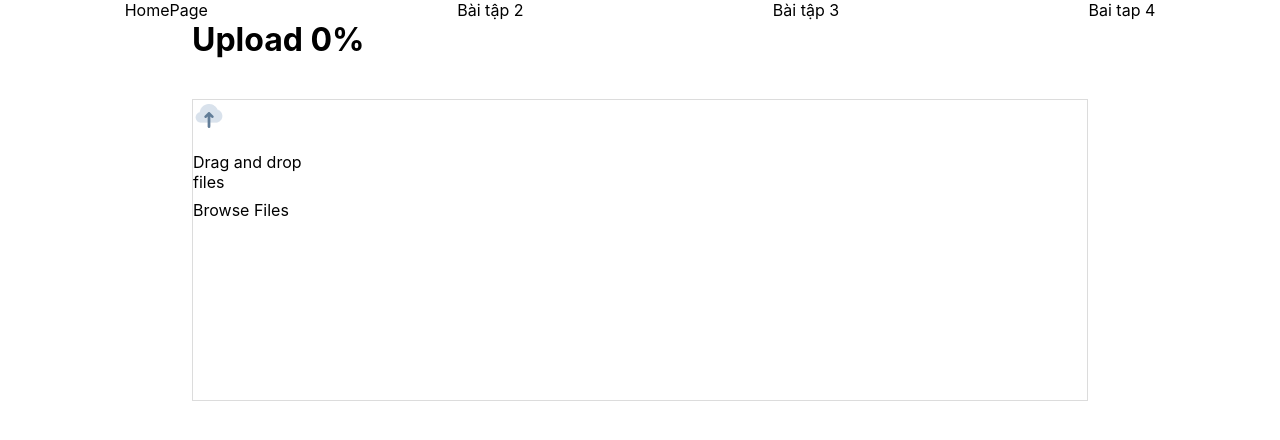
Repository: tungdau93/Training-ReactJS
Page: /bai-tap-3
These files come from the project's save history. The page is drawn as it stood at one moment and after a run of saves; the edit follows.
The browser window is 1280 px wide. The pictures show the whole page.
The project was rebuilt for these pictures with package versions that can differ from the ones it lists, and the page was loaded fresh each time. Also part of the build but not shown: src/App.css, src/hooks/useClickOutside.js, src/Assignments/BaiTap2.jsx, src/Assignments/HomePage.jsx.

Above is the page before, as saved 2022-10-03 10:44:27.

### src/App.js
import { BrowserRouter, Route, Routes } from "react-router-dom";
import "./App.css";
import BaiTap2 from "./Assignments/BaiTap2";
import BaiTap3 from "./Assignments/BaiTap3";
import HomePage from "./Assignments/HomePage";
import Menu from "./Assignments/Menu";

function App() {
  return (
    <BrowserRouter>
      <Menu />
      <Routes>
        <Route path="/" element={<HomePage />} />
        <Route path="/bai-tap-2" element={<BaiTap2 />} />
        <Route path="/bai-tap-3" element={<BaiTap3 />} />
      </Routes>
    </BrowserRouter>
  );
}

export default App;

### src/Assignments/BaiTap3.jsx
import { ref, uploadBytesResumable } from "@firebase/storage";
import React, { useRef, useState } from "react";
import { storage } from "../firebase";
import "../style/_bai-tap-3.scss";

const BaiTap3 = () => {
  const listUploadedRef = useRef();
  const fileUploadedRef = useRef();

  const [files, setFiles] = useState([]);
  const [progress, setProgress] = useState(0);
  const [isSizeValid, setIsSizeValid] = useState(true);
  const [isActive, setIsActive] = useState(true);
  const [isValidNumberOfFiles, setValidNumberOfFiles] = useState(false);

  const RemoveAddFile = [];

  const handleSlide = () => {
    const listUploadedOffsetWidth = listUploadedRef.current?.offsetWidth;
    const listUploadedClientWidth = listUploadedRef.current?.clientWidth;
    const fileUploadedWidth = fileUploadedRef.current?.offsetWidth;
    const removeSpace = listUploadedOffsetWidth - listUploadedClientWidth;
    console.log(removeSpace);

    if (listUploadedRef.current && fileUploadedRef.current) {
      listUploadedRef.current.scrollTo({
        left: fileUploadedWidth,
        behavior: "smooth",
      });
    }
  };
  const handleAddFiles = (event) => {
    setValidNumberOfFiles(false);
    const file = event.target.files[0];

    event.preventDefault();
    const fileArray = event.target.files;
    for (var j = 0; j < fileArray.length; j++) {
      if (fileArray[j].size > 10485760) {
        setIsSizeValid(false);
        setIsActive(false);
        return;
      }
    }
    setIsActive(true);
    setIsSizeValid(true);

    const newFiles = [...files];
    for (let k = 0; k < fileArray.length; k++) {
      newFiles.push(fileArray[k]);
    }
    setFiles(newFiles);
  };

  const uploadFiles = (file) => {
    if (!file) return;
    const storageRef = ref(storage, `/files/${file.name}`);
    const uploadTask = uploadBytesResumable(storageRef, file);
    uploadTask.on(
      "state_changed",
      (snapshot) => {
        const prog = Math.round(
          (snapshot.bytesTransferred / snapshot.totalBytes) * 100
        );
        setProgress(prog);
      },
      (err) => console.log(err)
    );
  };

  const handleUpload = (event) => {
    event.preventDefault();

    const newFilesUpload = [...files];
    if (files.length > 0 && files.length <= 4) {
      for (let i = 0; i < newFilesUpload.length; i++) {
        uploadFiles(newFilesUpload[i]);
        console.log(newFilesUpload[i]);
        setFiles(RemoveAddFile);
      }
    } else {
      setValidNumberOfFiles(true);
      setFiles(RemoveAddFile);
      setIsActive(false);
    }
  };

  const handleClose = (index) => {
    const fileSelected = files.filter((file) => file.index === index);
    // console.log(newFiles);
    const newFiles = [...files];
    newFiles.pop(fileSelected);
    setFiles([...newFiles]);
  };

  return (
    <div className="drag-drop-files-container">
      <h1>Upload {progress}%</h1>
      {/* <img
        onClick={handleSlide}
        src={require("../assets/images/submit-icon.png")}
        alt=""
        className="slide-icon"
      /> */}

      <div className="drag-drop-files">
        <div className="drag-drop-label">
          <img
            alt=""
            src={require("../assets/images/upload-icon.png")}
            width={32}
            height={32}
          />
          <span>Drag and drop files</span>
          <span>Browse Files</span>
        </div>

        <input
          id="name"
          type="file"
          className="input-files"
          onChange={handleAddFiles}
          multiple
        />
        {/* <form onSubmit={(event) => handleUpload(event)}>
          <label htmlFor="name" className="drag-and-drop-img">
            <img alt="" src={require("../assets/images/upload-icon.png")} />
          </label>
          <label htmlFor="name" className="drag-and-drop-heading">
            Drag and drop files
          </label>
          <label htmlFor="name" className="drag-and-drop-heading--sub-heading">
            Browse Files
          </label>
          <input
            id="name"
            type="file"
            className="input"
            onChange={handleAddFiles}
            multiple
          />
          <button type="submit" className="submit">
            Upload
          </button>
        </form> */}
      </div>

      {/* {isSizeValid ? (
        <div ref={listUploadedRef} className="show-data--hidden">
          {files &&
            files.map((file, index) => {
              // console.log(file.type);
              return (
                <FileUpload
                  handleClose={() => handleClose(index)}
                  key={index}
                  ref={fileUploadedRef}
                  fileType={file.type}
                  fileName={file.name}
                  fileSize={file.size}
                />
              );
            })}
        </div>
      ) : (
        <span className="maximum-files-size">
          The maximum file size is 10MB
        </span>
      )} */}

      {/* {isValidNumberOfFiles ? (
        <span className="maximum-files-length">
          Maximum length of files is 4
        </span>
      ) : null} */}
    </div>
  );
};

export default BaiTap3;

### src/Assignments/Menu.jsx
  import React from "react";
import { useNavigate } from "react-router-dom";

const styleHomePage={
        display:'flex',
        justifyContent: 'center',
}

const styleUl = {
    display: 'flex',
    justifyContent: 'space-around',
    // ListStyle:"none"
}
const handleMouseOver =(e)=>{
    e.target.style.color = '#DC143C'
}
const handleMouseOut =(e)=>{
    e.target.style.color = '#000'
}

const Menu = () => {
  const navigate = useNavigate();

  const redirectPage = (url) => {
    navigate(url);
  };

  return (
    <div>
      <ul style={styleUl}>
        <li style={{listStyleType:'none'}} onMouseOver={handleMouseOver} onMouseOut={handleMouseOut} onClick={() => redirectPage("/")}>
          <div style={styleHomePage}>HomePage</div>
        </li>
        <li style={{listStyleType:'none'}}  onMouseOver={handleMouseOver} onMouseOut={handleMouseOut} onClick={() => redirectPage("/bai-tap-2")}>
          <div >Bài tập 2</div>
        </li>
        <li style={{listStyleType:'none'}} onMouseOver={handleMouseOver} onMouseOut={handleMouseOut} onClick={() => redirectPage("/bai-tap-3")}>
          <div >Bài tập 3</div>
        </li>
        <li style={{listStyleType:'none'}} onMouseOver={handleMouseOver} onMouseOut={handleMouseOut} onClick={() => redirectPage("/bai-tap-4")}>
          <div >Bai tap 4

          </div>
        </li>
      </ul>
    </div>
  );
};

export default Menu;

### src/style/_bai-tap-2.scss
*{
    padding: 0;
    margin:0;
}
.app {
    background-color:#1E1E1E;
    #title {
        top:-976px;
        left:-1124px;
        color:#a0a0a0;
        width: 2227px;
        height:1933px;
        &:hover{
            color:#99CCFF;
            opacity:.6;
    }
    }
    .app__container{
        width: 2227px; ;
        height: 1933px;
        background-color:#F8F8F8;
        position:relative;
        .app__container--heading{
            display: flex;
            flex-direction: row;
            align-items: center;
            padding: 50px 99px 50px 56px;
            gap: 10px;
            display:block;

            position: absolute;
            width: 2227px;
            height: 140px;
            left: 0px;
            top: 0px;
            background-color:#333333;
            .app__container--heading-name{
                display: flex;
                flex-direction: row;
                align-items: center;
                padding: 0px;
                gap: 30px;

                width: 323px;
                height: 56px;


                /* Inside auto layout */

                flex: none;
                order: 0;
                flex-grow: 0;
                .app__container--heading-name--japanese{
                    width: 144px;
                    height: 56px;

                    font-family: 'Roboto';
                    font-style: normal;
                    font-weight: 700;
                    font-size: 48px;
                    line-height: 56px;




                /* White */

                    color: #FFFFFF;


                /* Inside auto layout */

                    flex: none;
                    order: 0;
                    flex-grow: 0;

                }
                .app__container--heading-name--english{
                    width: 149px;
                height: 38px;

                font-family: 'Roboto';
                font-style: normal;
                font-weight: 400;
                font-size: 32px;
                line-height: 38px;
                /* identical to box height */


                /* White */

                color: #FFFFFF;


                /* Inside auto layout */

                flex: none;
                order: 1;
                flex-grow: 0;
                }
            }
        }
        .app__container--input-wrapper{
    position: relative;
    display: flex;
    flex-direction: column;
    align-items: flex-start;
    padding: 0px;

    position: absolute;
    width: 400px;
    height: 46px;
    left: 379px;
    top: 308px;
    .app__container--input-wrapper--input{
        box-sizing: border-box;

    /* Auto layout */


    display: flex;
    flex-direction: row;
    align-items: center;
    padding: 8px 10px;
    gap: 4px;

    width: 400px;
    height: 49px;

    background: rgba(230, 249, 255, 0.2);
    /* Black / 04 */

    border: 1px solid #DBDBDB;
    border-radius: 4px;

    /* Inside auto layout */

    flex: none;
    order: 0;
    align-self: stretch;
    flex-grow: 0;



            }

     .fa-thin{
    position: absolute;
            }
    .app__container--input-wrapper--dropdown-list{
display: flex;

display:none;
// flex-direction: column;
// align-items: flex-start;
position: absolute;
width: 400px;
height: 128px;
left: 0;
top: 49px;
// background-color: yellow;

filter: drop-shadow(0px 1px 8px rgba(102, 102, 102, 0.25));
border-radius: 4px;
        .app__container--input-wrapper--dropdown-list--item1{
            position: absolute;
            width: 100%;
            height: 49px;
            background: rgba(230, 249, 255, 0.2);
            border-radius: 4px;
            display:block

        }
        .app__container--input-wrapper--dropdown-list--item2{
            position: absolute;
            width: 100%;
            height: 49px;
            border-radius: 4px;
            background: rgba(230, 249, 255, 0.2);
            top: 49px;
            display:block


        }
        .app__container--input-wrapper--dropdown-list--item3{
            position: absolute;
            width: 100%;
            height: 49px;
            border-radius: 4px;
            background: rgba(230, 249, 255, 0.2);
            top:98px;
            display:block


        }

    }
}


    }
}

### src/firebase.js
import { initializeApp } from "firebase/app";
import { getStorage } from "firebase/storage";

const firebaseConfig = {
    apiKey: "AIzaSyBDyCwxOmrur5hog0XVVwqIkyzdGhH8h4w",
    authDomain: "fir-upload-d710f.firebaseapp.com",
    projectId: "fir-upload-d710f",
    storageBucket: "fir-upload-d710f.appspot.com",
    messagingSenderId: "230877422747",
    appId: "1:230877422747:web:8e36d237d55b89ca5f923e",
    measurementId: "G-Q111WB6C29"
  };

  export const app = initializeApp(firebaseConfig);
  export const storage = getStorage(app);

### src/style/_bai-tap-3.scss

//   .slide-icon {
//     top: 560px;
//     left: 1398px;
//     width: 40px;
//     height: 38px;
//     border-radius: 50%;
//     border: solid #fff;
//     &:hover {
//       border: #107ce0 solid 3px;
//     }
//   }
//   .drag-and-drop {
//     display: flex;
//     justify-content: center;
//     width: 842px;
//     height: 232px;
//     left: 579px;
//     // right: 79.24%;
//     top: 249px;
//     background: #f8f8f8;
//     border: 1px solid #dcdcdc;
//     border-radius: 7px;
//     z-index: 1;
//     .drag-and-drop-img {
//       top: 45px;
//       left: 381px;
//       display: flex;
//       position: absolute;
//       min-width: 70px;
//       min-height: 70px;

//       justify-content: center;
//       align-items: center;
//     }
//     .drag-and-drop-heading {
//       top: 113px;
//       left: 342px;
//       display: flex;
//       position: absolute;
//       min-width: 100px;
//       align-items: center;
//       justify-content: center;
//       font-family: "Noto Sans";
//       font-style: normal;
//       font-weight: 700;
//       font-size: 18px;
//       line-height: 22px;
//       color: #333333;
//     }
//     .drag-and-drop-heading--sub-heading {
//       top: 137px;
//       left: 373px;
//       position: absolute;
//       min-width: 50px;
//       align-items: center;
//       justify-content: center;
//       font-family: "Noto Sans";
//       font-style: normal;
//       font-size: 18px;
//       line-height: 22px;
//       color: #333333;
//       text-decoration: underline;
//     }
//     &:hover {
//       border: 1px solid #107ce0;
//     }
//     .input {
//       width: 842px;
//       height: 232px;
//       position: absolute;
//       // right: 79.24%;
//       background: #f8f8f8;
//       // border: 1px solid #dcdcdc;
//       border-radius: 7px;
//       z-index: -1;
//       color: transparent;

//       &::-webkit-file-upload-button {
//         display: none;
//       }
//     }
//     .submit {
//       position: absolute;
//       top: 360px;
//       left: 359px;
//       width: 113px;
//       height: 43px;
//       border-radius: 3px;
//       z-index: -1;
//       border: none;
//       &:hover {
//         border: 1px solid #107ce0;
//       }
//     }
//     .submit-img {
//       position: absolute;
//       top: 261px;
//       left: 825px;
//       width: 32px;
//       height: 32px;
//       border-radius: 50%;
//       z-index: 1;
//     }
//     .drag-and-drop--upload-icon {
//       position: absolute;
//       height: 18.67px;
//       width: 26.67px;
//       top: 64px;
//       left: 397.67px;
//       right: 417.67px;
//       z-index: 1;
//     }

//   }

//   .drag-and-drop--alert {
//     width: 842px;
//     height: 232px;
//     position: relative;
//     left: 579px;
//     // right: 79.24%;
//     top: 249px;
//     background: #f8f8f8;
//     border: 1px solid  #ED5D5D;
//     border-radius: 7px;
//     z-index: 1;
//     .drag-and-drop-img {
//       top: 45px;
//       left: 381px;
//       display: flex;
//       position: absolute;
//       min-width: 70px;
//       min-height: 70px;

//       justify-content: center;
//       align-items: center;
//     }
//     .drag-and-drop-heading {
//       top: 113px;
//       left: 342px;
//       display: flex;
//       position: absolute;
//       min-width: 100px;
//       align-items: center;
//       justify-content: center;
//       font-family: "Noto Sans";
//       font-style: normal;
//       font-weight: 700;
//       font-size: 18px;
//       line-height: 22px;
//       color: #333333;
//     }
//     .drag-and-drop-heading--sub-heading {
//       top: 137px;
//       left: 373px;
//       position: absolute;
//       min-width: 50px;
//       align-items: center;
//       justify-content: center;
//       font-family: "Noto Sans";
//       font-style: normal;
//       font-size: 18px;
//       line-height: 22px;
//       color: #333333;
//       text-decoration: underline;
//     }
//     &:hover {
//       border: 1px solid #107ce0;
//     }
//     .input {
//       width: 842px;
//       height: 232px;
//       position: absolute;
//       // right: 79.24%;
//       background: #f8f8f8;
//       // border: 1px solid #dcdcdc;
//       border-radius: 7px;
//       z-index: -1;
//       color: transparent;

//       &::-webkit-file-upload-button {
//         display: none;
//       }
//     }
//     .submit {
//       position: absolute;
//       top: 360px;
//       left: 359px;
//       width: 113px;
//       height: 43px;
//       border-radius: 3px;
//       z-index: -1;
//       border: none;
//       &:hover {
//         border: 1px solid #107ce0;
//       }
//     }
//     .submit-img {
//       position: absolute;
//       top: 261px;
//       left: 825px;
//       width: 32px;
//       height: 32px;
//       border-radius: 50%;
//       z-index: 1;
//     }
//     .drag-and-drop--upload-icon {
//       position: absolute;
//       height: 18.67px;
//       width: 26.67px;
//       top: 64px;
//       left: 397.67px;
//       right: 417.67px;
//       z-index: 1;
//     }


//   }

//   .invalid {
//     position: absolute;
//     top: 93px;
//     left: 32px;
//     width: 24px;
//     height: 32px;
//     background-color: rgba(255, 0, 0, 0.5);
//     border: solid 0.5px rgb(153, 167, 181);
//     border-radius: 3px;
//   }

// .maximum-files-length{
//     color: #ED5D5D;
//     top: 169px;
//     position: relative;
//     left: 581px;
// }

// .maximum-files-size{
//   color: #ED5D5D;
//   top: 278px;
//   position: relative;
//   left: 581px;
// }

.drag-drop-files-container {
  width: 70%;
  margin: auto;

  .drag-drop-files {
    display: flex;
    justify-content: center;
    margin-top: 40px;
    border: 1px solid #dcdcdc;
    height: 300px;

    .drag-drop-label {
      display: flex;
      flex-direction: column;

      img {
        margin-bottom: 16px;
      }

      span {
        margin: 4px 0;
      }
    }

    .input-files {
      width: 100%;
      opacity: 0;
    }
  }
}

Loaded but not shown: public/index.html (common file); src/index.js (common file); src/index.css (common file); src/reportWebVitals.js (common file)

After the next 2 saves:
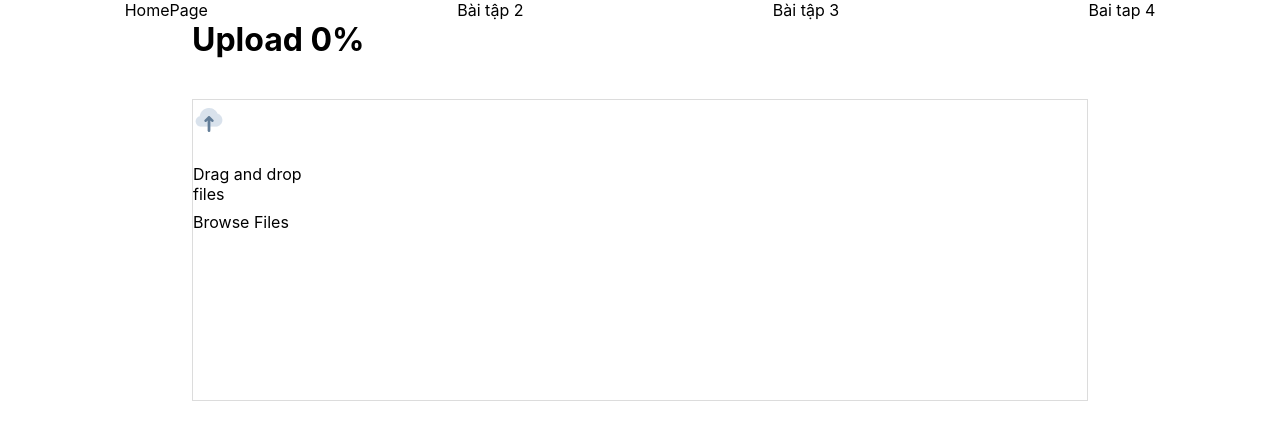
The 2 saves are shown as one change because they came seconds apart.
The last was saved 21 s later.
--- a/src/Assignments/BaiTap3.jsx
+++ b/src/Assignments/BaiTap3.jsx
@@ -105,12 +105,14 @@ const BaiTap3 = () => {
 
       <div className="drag-drop-files">
         <div className="drag-drop-label">
-          <img
-            alt=""
-            src={require("../assets/images/upload-icon.png")}
-            width={32}
-            height={32}
-          />
+          <span>
+            <img
+              alt=""
+              src={require("../assets/images/upload-icon.png")}
+              width={32}
+              height={32}
+            />
+          </span>
           <span>Drag and drop files</span>
           <span>Browse Files</span>
         </div>
